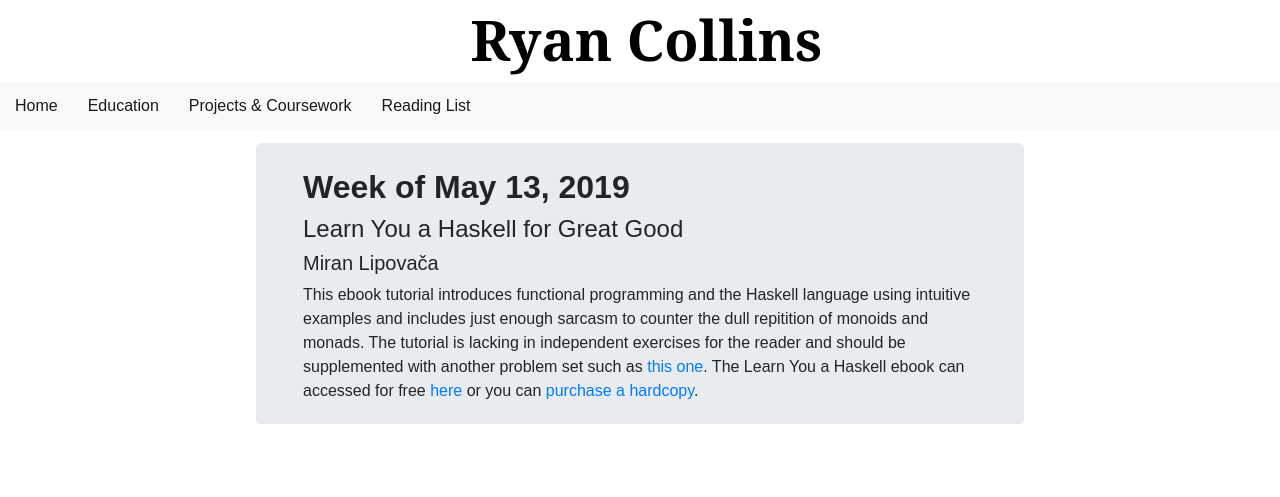
Repository: RyanMCollins/cs50
Page: pset5/homepage/readlist.html
The author's editor kept a record of every edit. The page is drawn from the files as they stood at one moment, then again after the next edit.
The browser window is 1280 px wide. The pictures show the whole page.

Above is the page before.

After the next edit:
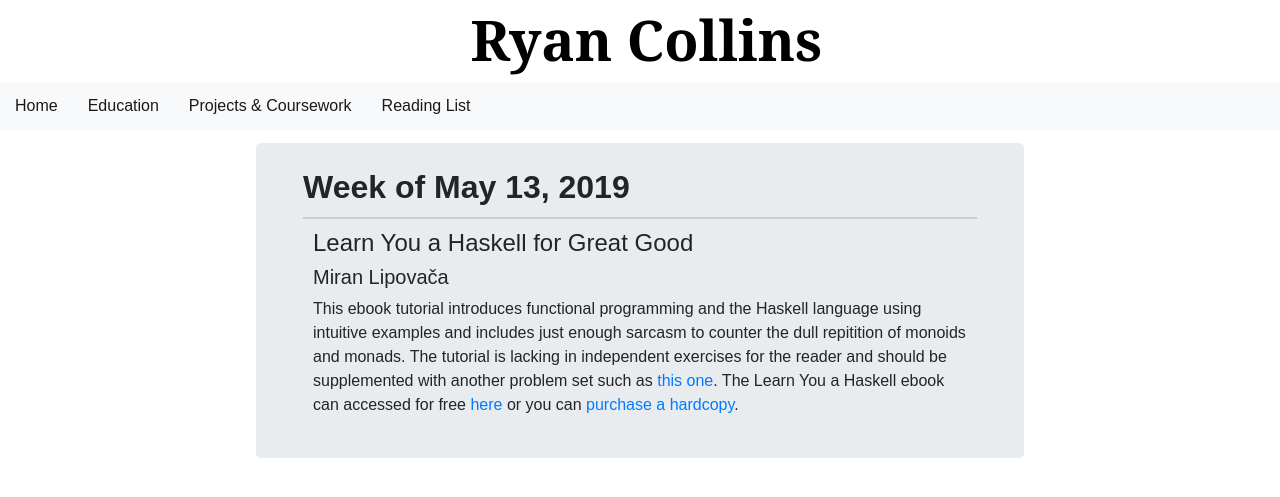
The edit:
--- a/pset5/homepage/readlist.html
+++ b/pset5/homepage/readlist.html
@@ -42,20 +42,22 @@
                 <h2 class="main-header">
                     Week of May 13, 2019
                 </h2>
-                <h4>
-                    Learn You a Haskell for Great Good
-                </h4>
-                <h5>
-                    Miran Lipovača
-                </h5>
-                <p>
-                    This ebook tutorial introduces functional programming and the Haskell language using intuitive examples and includes
-                    just enough sarcasm to counter the dull repitition of monoids and monads. The tutorial is lacking in independent
-                    exercises for the reader and should be supplemented with another problem set such as
-                    <a href="https://github.com/data61/fp-course">this one</a>. The Learn You a Haskell ebook can accessed for free
-                    <a href="http://learnyouahaskell.com/chapters">here</a> or you can
-                    <a href="https://nostarch.com/lyah.htm">purchase a hardcopy</a>.
-                </p>
+                <div class="sub-division">
+                    <h4>
+                        Learn You a Haskell for Great Good
+                    </h4>
+                    <h5>
+                        Miran Lipovača
+                    </h5>
+                    <p>
+                        This ebook tutorial introduces functional programming and the Haskell language using intuitive examples and includes
+                        just enough sarcasm to counter the dull repitition of monoids and monads. The tutorial is lacking in independent
+                        exercises for the reader and should be supplemented with another problem set such as
+                        <a href="https://github.com/data61/fp-course">this one</a>. The Learn You a Haskell ebook can accessed for free
+                        <a href="http://learnyouahaskell.com/chapters">here</a> or you can
+                        <a href="https://nostarch.com/lyah.htm">purchase a hardcopy</a>.
+                    </p>
+                </div>
             </div>
         </div>
     </body>
